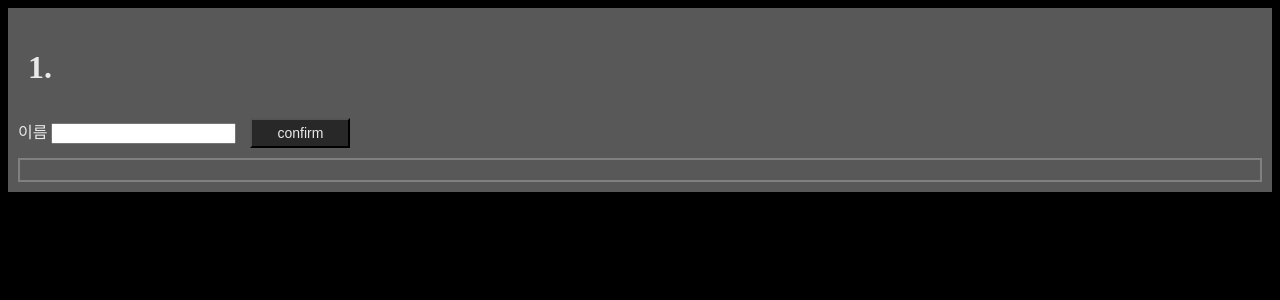
Repository: prawniel99/05_JQuery
Page: workspace/jqpro/WebContent/비동기4_XMLR_promise/postTest.html
An editor plug-in stored every save of this project. The page is shown before and after the next save, followed by the edit.
The browser window is 1280 px wide. The pictures show the whole page.

Above is the page before, as saved 2024-08-23 01:16:31.

After the next save:
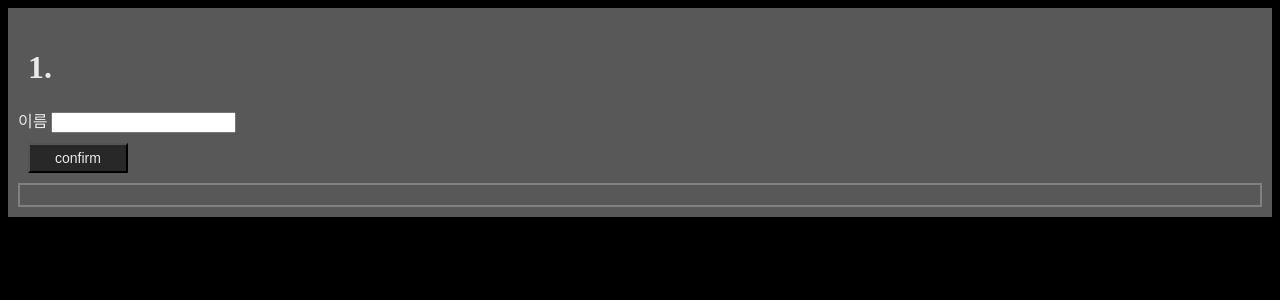
Saved 12 s later.
--- a/workspace/jqpro/WebContent/비동기4_XMLR_promise/postTest.html
+++ b/workspace/jqpro/WebContent/비동기4_XMLR_promise/postTest.html
@@ -13,7 +13,7 @@
         </h1>
 
         <form>
-        	이름 <input type="text"
+        	이름 <input type="text" name="name" id="name"><br>
         </form>
 
         <input type="button" value="confirm" onclick="proc1()">
